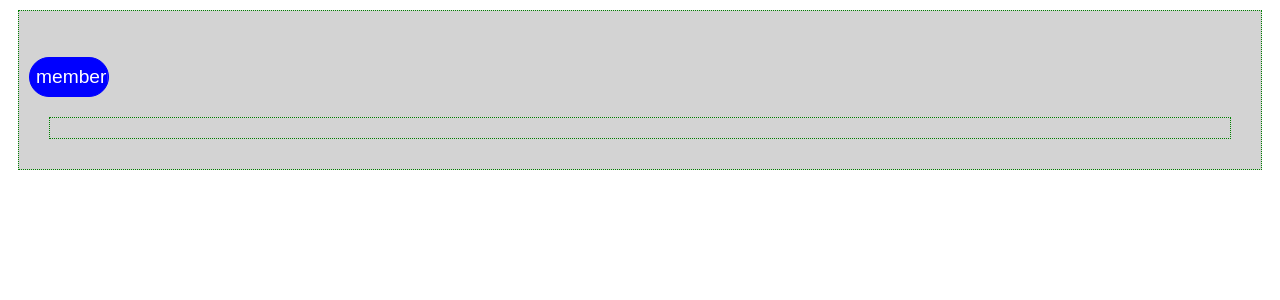
Repository: JJaeHwan/HTML
Page: jquerypro/WebContent/0118/member2.html
An editor plug-in stored every save of this project. The page is shown before and after the next save, followed by the edit.
The browser window is 1280 px wide. The pictures show the whole page.

Above is the page before, as saved 2023-01-18 05:26:02.

After the next save:
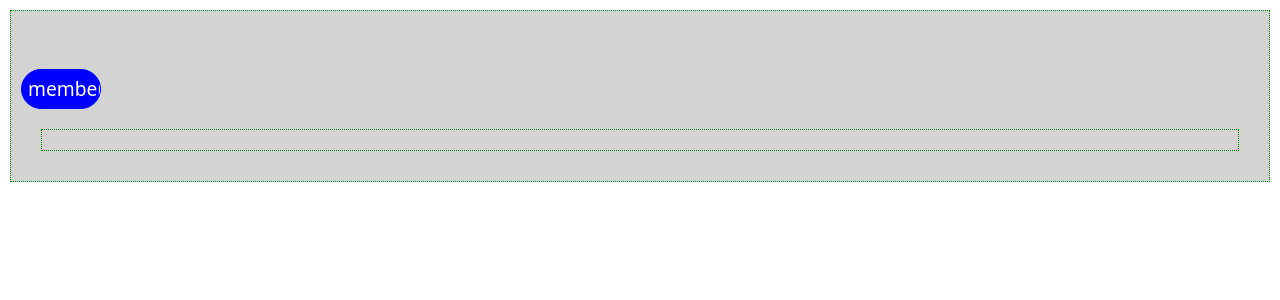
Console error: SyntaxError: Unexpected token '%'
Saved 12 min 31 s later.
--- a/jquerypro/WebContent/0118/member2.html
+++ b/jquerypro/WebContent/0118/member2.html
@@ -4,7 +4,45 @@
 <meta charset="UTF-8">
 <title>Insert title here</title>
 <link rel="stylesheet" href="../css/public.css">
+
+ <meta name="viewport" content="width=device-width, initial-scale=1">
+ <link href="https://cdn.jsdelivr.net/npm/bootstrap@5.2.3/dist/css/bootstrap.min.css" rel="stylesheet">
+ <script src="https://cdn.jsdelivr.net/npm/bootstrap@5.2.3/dist/js/bootstrap.bundle.min.js"></script>
+
 <script src="../js/jquery-3.6.3.min.js" type="text/javascript"></script>
+
+<script type="text/javascript">
+$(function() {
+	$('#btn1').on('click', function() {
+
+		// 비동기 방식 요청 - jQuery
+
+		%.ajax({
+			url : 'member_All.jsp',
+			type = 'get'
+			success = function (res) {
+
+			},
+			error : function(xhr) {
+
+			}
+			dataType = json
+
+			data = 'id=a001'
+
+
+		})
+
+
+
+
+	})
+
+})
+
+
+</script>
+
 </head>
 <body>
 
